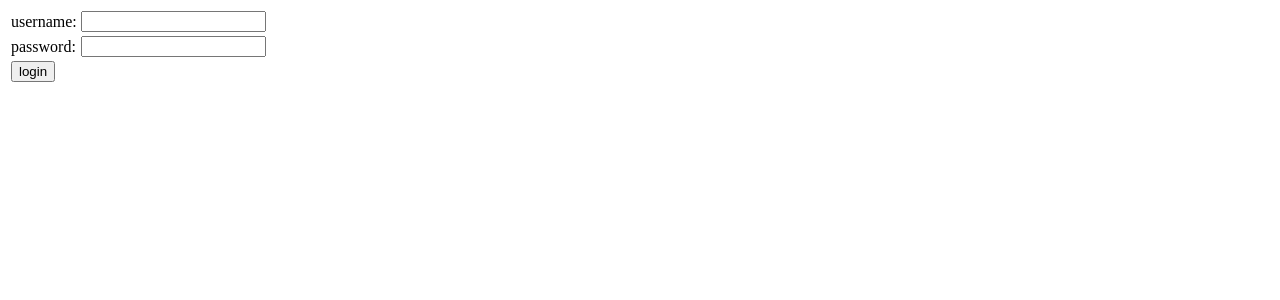
Repository: VanThien304/Struts2MyBatis
Page: http://localhost/test-with-mybatis/
The author's editor kept a copy of each file at every save. The page is drawn from the files as they stood at one save, then again after the next save.
The browser window is 1280 px wide. The pictures show the whole page.
The page is served by Tomcat 9. Other server files are loaded and not shown.

Above is the page before, as saved 2023-04-28 04:19:23.

### test-with-mybatis/src/main/webapp/WEB-INF/contents/login.jsp
<%@ taglib prefix="s" uri="/struts-tags" %>
<%@ page language="java" contentType="text/html; charset=ISO-8859-1"
    pageEncoding="ISO-8859-1"%>
<!DOCTYPE html>
<html>
<head>
</head>
<body>
	<s:form action="login" method="post">
		<s:textfield name="username" label="username"/>
		<s:textfield name="password" label="password"/>
		<s:submit value="login"/>
	</s:form>


</body>
</html>

After the next save:
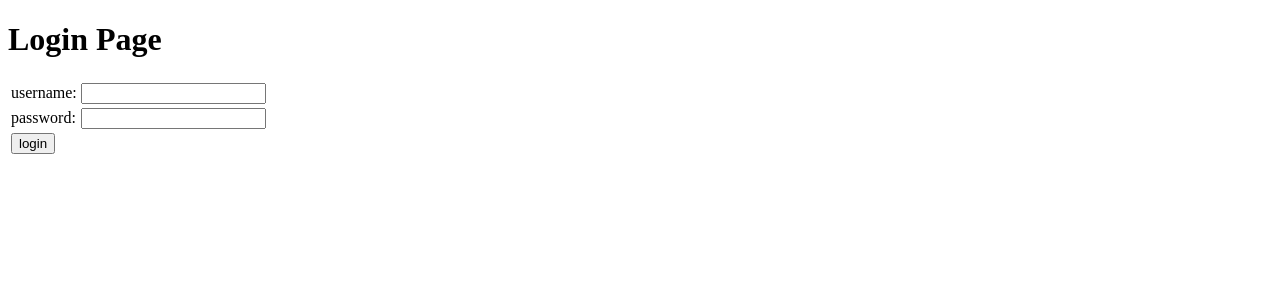
Saved 41 s later.
--- a/test-with-mybatis/src/main/webapp/WEB-INF/contents/login.jsp
+++ b/test-with-mybatis/src/main/webapp/WEB-INF/contents/login.jsp
@@ -6,6 +6,7 @@
 <head>
 </head>
 <body>
+	<h1>Login Page</h1>
 	<s:form action="login" method="post">
 		<s:textfield name="username" label="username"/>
 		<s:textfield name="password" label="password"/>
